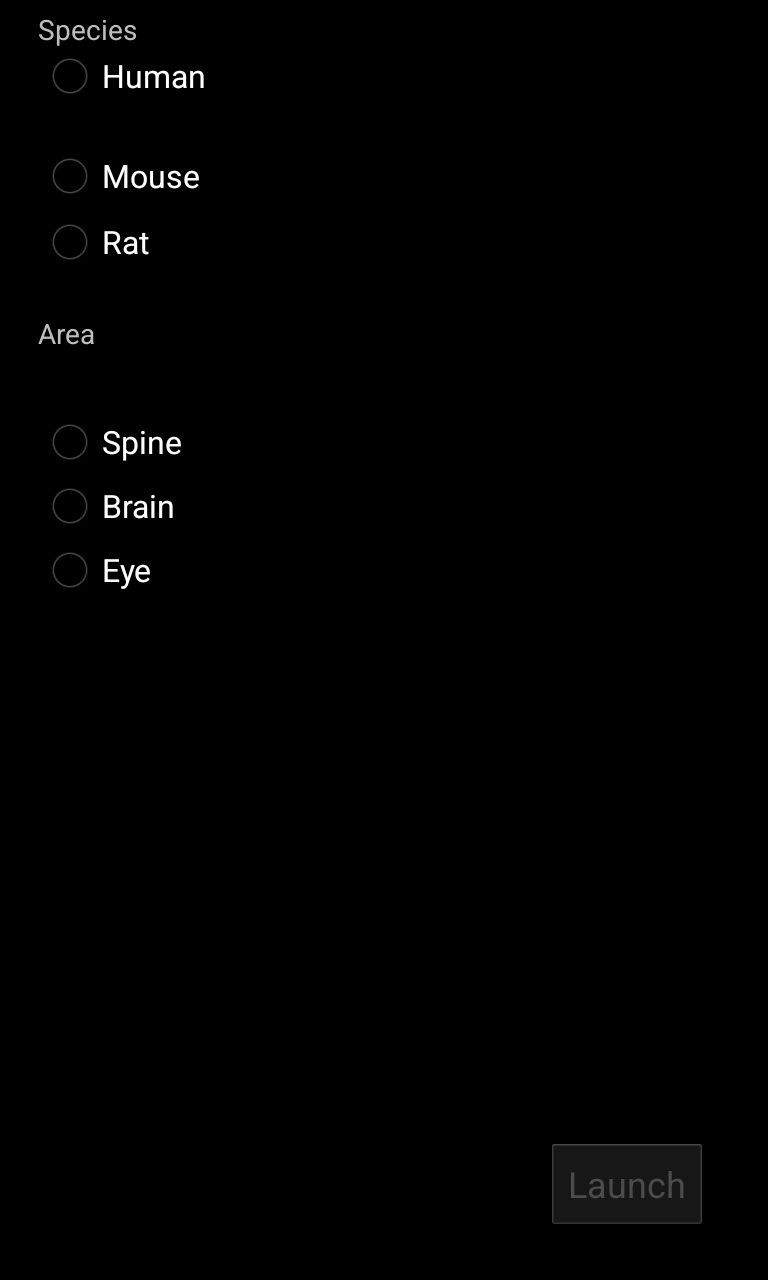
Repository: Ekarg/CSCE315Project3
Layout: Project3/res/layout/activity_main.xml
These files come from the project's save history. The layout is drawn as it stood at one moment and after the next save; the edit follows.
It is drawn on a 768 x 1280 px phone screen (xhdpi) without system bars, with theme android:Theme.Holo; the app's code is not run.

Above is the layout before, as saved 2013-11-27 20:15:45.

### Project3/res/layout/activity_main.xml
<RelativeLayout xmlns:android="http://schemas.android.com/apk/res/android"
    xmlns:tools="http://schemas.android.com/tools"
    android:layout_width="match_parent"
    android:layout_height="match_parent"
    android:paddingBottom="5dp"
    android:paddingLeft="5dp"
    android:paddingRight="5dp"
    android:paddingTop="5dp"
    tools:context=".MainActivity" >

    <Button
        android:id="@+id/button1"
        android:layout_width="wrap_content"
        android:layout_height="wrap_content"
        android:layout_alignParentBottom="true"
        android:layout_alignParentRight="true"
        android:layout_marginBottom="19dp"
        android:layout_marginRight="24dp"
        android:enabled = "false"
		android:onClick="launch"
        android:text="@string/Button" />

    <TextView
        android:id="@+id/textView1"
        android:layout_width="wrap_content"
        android:layout_height="wrap_content"
        android:layout_marginLeft="14dp"
        android:layout_alignParentTop="true"
        android:text="@string/species" />

   <RadioGroup
        android:id="@+id/radioGroup1"
        android:layout_width="fill_parent"
        android:layout_height="wrap_content"
        android:layout_alignParentTop="true"
        android:layout_centerHorizontal="true"
        android:orientation="vertical" >

        <RadioButton
            android:id="@+id/radioButton1"
            android:layout_width="wrap_content"
            android:layout_height="wrap_content"
            android:layout_marginLeft="14dp"
            android:checked = "false"
            android:layout_marginTop="17dp"
            android:text="@string/human"
            android:onClick="onRadioButtonClicked"/>

        <RadioButton
            android:id="@+id/radioButton2"
            android:layout_width="wrap_content"
            android:layout_height="wrap_content"
            android:layout_marginLeft="14dp"
            android:checked = "false"
            android:layout_marginTop="18dp"
            android:text="@string/mouse"
            android:onClick="onRadioButtonClicked"/>

        <RadioButton
            android:id="@+id/radioButton3"
            android:layout_width="wrap_content"
            android:layout_height="wrap_content"
            android:layout_marginLeft="14dp"
            android:checked = "false"
            android:layout_marginTop="1dp"
            android:text="@string/rat"
            android:onClick="onRadioButtonClicked"/>
    </RadioGroup>

    <TextView
        android:id="@+id/textView2"
        android:layout_width="wrap_content"
        android:layout_height="wrap_content"
        android:layout_alignLeft="@+id/textView1"
        android:layout_below="@+id/radioGroup1"
        android:layout_marginTop="20dp"
        android:text="@string/area"
        android:onClick="onRadioButtonClicked" />

     <RadioGroup
        android:id="@+id/radioGroup2"
        android:layout_width="fill_parent"
        android:layout_height="wrap_content"
        android:layout_alignParentTop="true"
        android:layout_centerHorizontal="true"
        android:orientation="vertical" >

	    <RadioButton
	        android:id="@+id/radioButton4"
	        android:layout_width="wrap_content"
            android:layout_height="wrap_content"
            android:layout_marginLeft="14dp"
            android:checked = "false"
            android:layout_marginTop="200dp"
	        android:onClick="onRadioButtonClicked"
	        android:text="@string/spine" />

	    <RadioButton
	        android:id="@+id/radioButton5"
	        android:layout_width="wrap_content"
	        android:layout_height="wrap_content"
	        android:layout_marginLeft="14dp"

	        android:checked="false"
	        android:onClick="onRadioButtonClicked"
	        android:text="@string/brain" />

	     <RadioButton
         android:id="@+id/radioButton6"
         android:layout_width="wrap_content"
         android:layout_height="wrap_content"
         android:checked = "false"
         android:layout_marginLeft="14dp"

         android:text="@string/eye"
         android:onClick="onRadioButtonClicked" />
	</RadioGroup>



</RelativeLayout>

### Project3/res/values/strings.xml
<?xml version="1.0" encoding="utf-8"?>
<resources>

    <string name="app_name">Show Me the.... Neuron!</string>
    <string name="action_settings">Settings</string>
    <string name="hello_world">Hello world!</string>
    <string name="Button">Launch</string>
    <string name="title_activity_second">Neuron Display</string>
    <string name="species">Species</string>
    <string name="human">Human</string>
    <string name="mouse">Mouse</string>
    <string name="rat">Rat</string>
    <string name="area">Area</string>
    <string name="eye">Eye</string>
    <string name="brain">Brain</string>
    <string name="spine">Spine</string>


</resources>

After the next save:
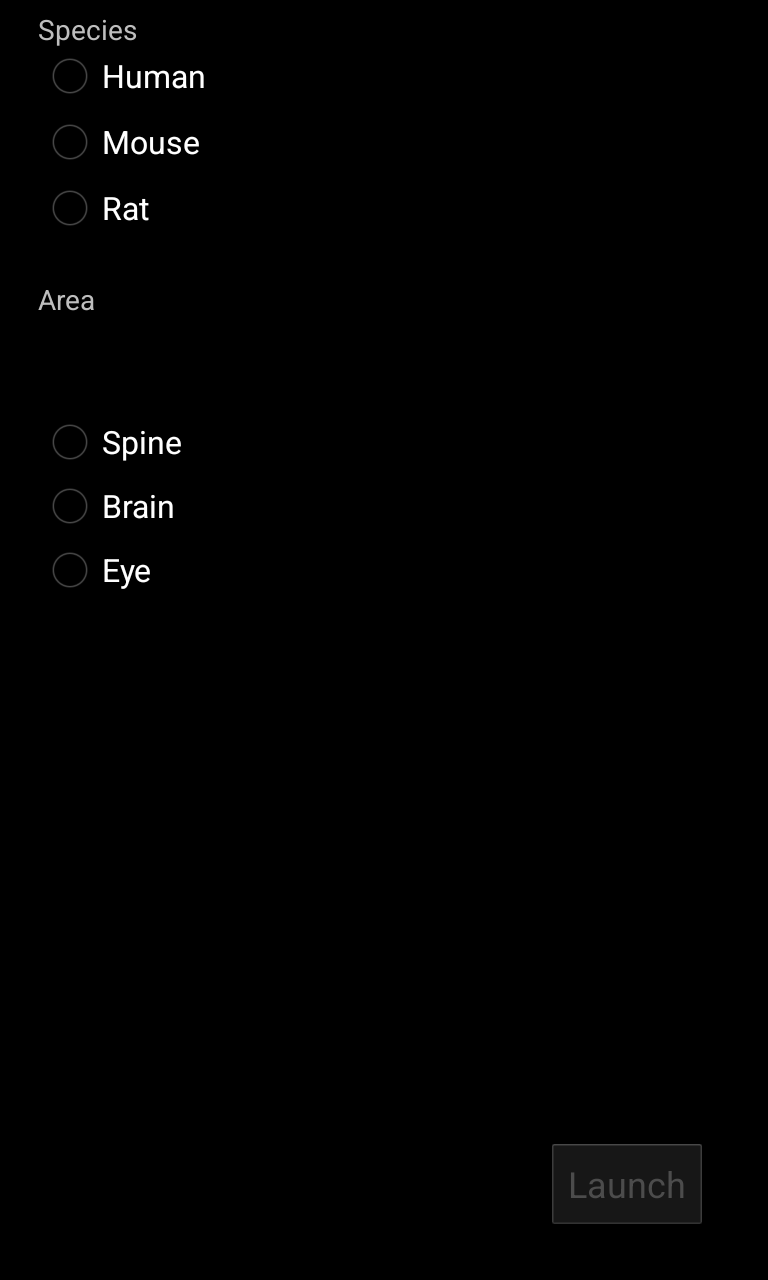
Saved 12 s later.
--- a/Project3/res/layout/activity_main.xml
+++ b/Project3/res/layout/activity_main.xml
@@ -52,7 +52,7 @@
             android:layout_height="wrap_content"
             android:layout_marginLeft="14dp"
             android:checked = "false"
-            android:layout_marginTop="18dp"
+            android:layout_marginTop="1dp"
             android:text="@string/mouse"
             android:onClick="onRadioButtonClicked"/>
 
